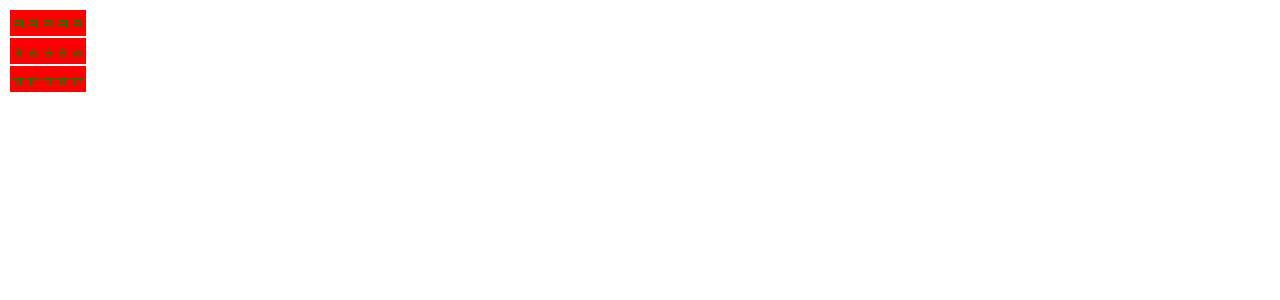
Repository: womss/sexyguy
Page: Spring/Feb13_1_jQuery/WebContent/5_Example.html
The author's editor kept a copy of each file at every save. The page is drawn from the files as they stood at one save, then again after the next save.
The browser window is 1280 px wide. The pictures show the whole page.

Above is the page before, as saved 2025-02-13 07:15:08.
Console error: TypeError: $(...) is not a function

After the next save:
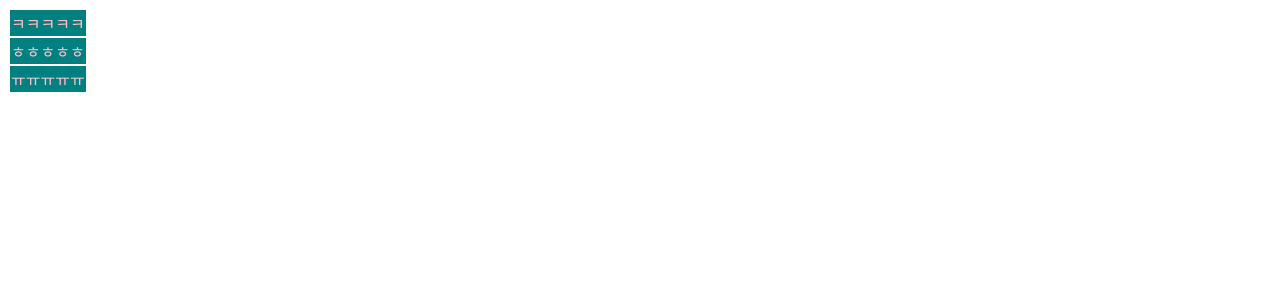
Saved 34 s later.
--- a/Spring/Feb13_1_jQuery/WebContent/5_Example.html
+++ b/Spring/Feb13_1_jQuery/WebContent/5_Example.html
@@ -16,6 +16,10 @@
 		$("td").each(function(i, t) {
 			$(t).css("color", "green");
 			$(t).css("background-color", "red");
+			$(t).css("color", "yellow");
+			$(t).css("background-color", "blue");
+			$(t).css("color", "pink");
+			$(t).css("background-color", "teal");
 		});
 		$("td")(function(i, t) {
 			$(t).css("color", "yellow");
